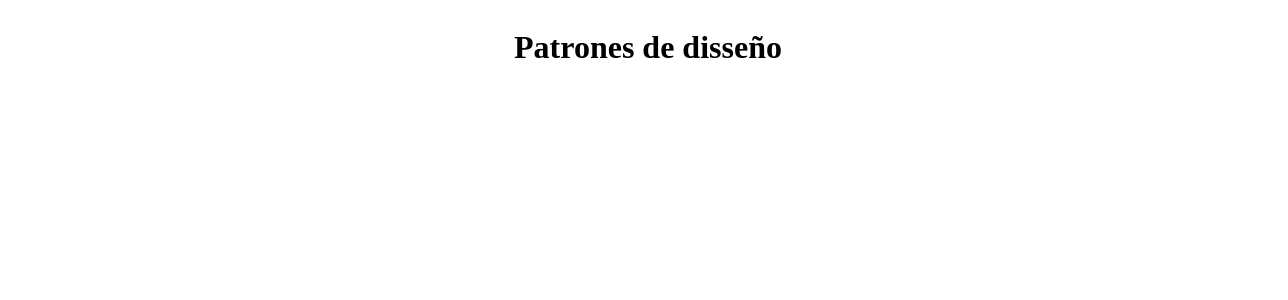
Repository: nrsWebs/design-pattern-es
Page: index.html
An editor plug-in stored every save of this project. The page is shown before and after the next save, followed by the edit.
The browser window is 1280 px wide. The page is 1288 px wide, so the pictures cover 1288 px, including what lies to the right of the window. The pictures show the whole page.

Above is the page before, as saved 2021-02-06 18:13:21.

After the next save:
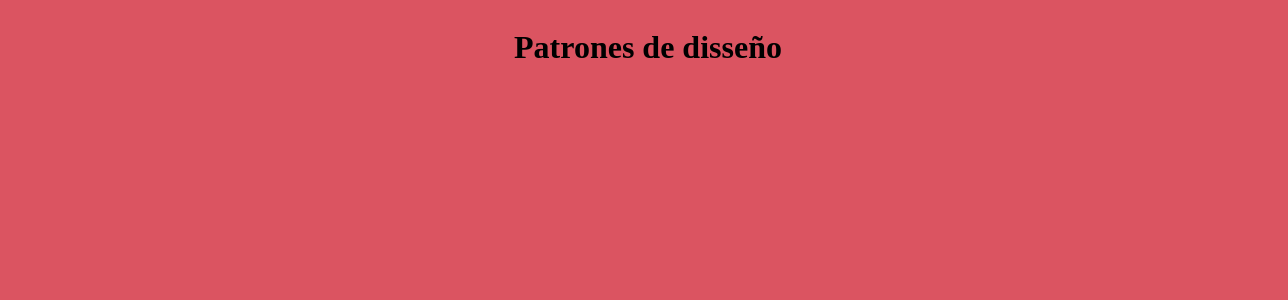
Saved 9 s later.
--- a/source/main.css
+++ b/source/main.css
@@ -4,7 +4,7 @@
     --auxiliar: #DB5461
   }
 body {
-    background-color: var(--primary);
+    background-color: var(--auxiliar);
     display: flex;
     justify-content: center;
     width: 100%;
